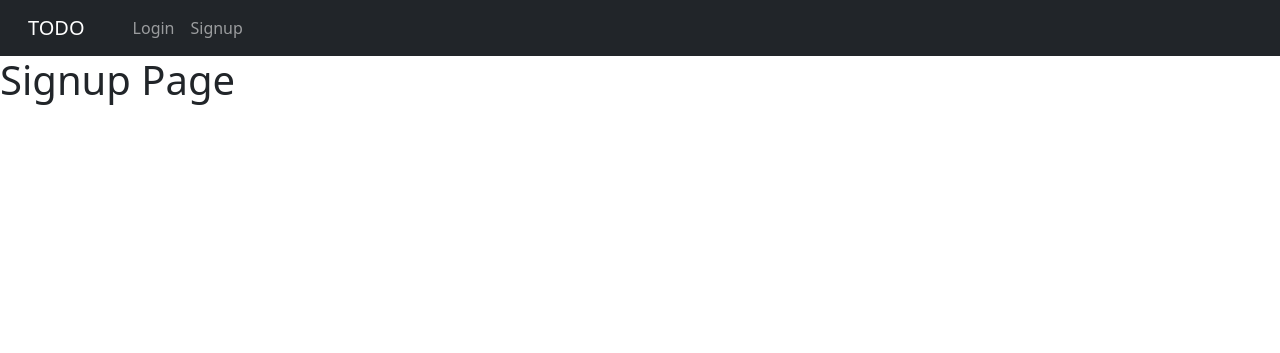
Repository: Anamikatiwari/Todo
Page: http://localhost/signup/
These files come from the project's save history. The page is drawn as it stood at one moment and after the next save; the edit follows.
The browser window is 1280 px wide. The pictures show the whole page.
The page is served by the project's application, run on Django 5.2 (manage.py). Other server files are loaded and not shown.

Above is the page before, as saved 2024-08-24 16:12:54.

### app/templates/signup.html
<!doctype html>
<!--<html lang="ar" dir="rtl">-->
<html lang="en">
  <head>

    <meta charset="utf-8">
    <meta name="viewport" content="width=device-width, initial-scale=1">

    <!-- Bootstrap CSS -->
    <link rel="stylesheet" href="https://cdn.jsdelivr.net/npm/bootstrap@5.3.3/dist/css/bootstrap.rtl.min.css" integrity="sha384-dpuaG1suU0eT09tx5plTaGMLBsfDLzUCCUXOY2j/LSvXYuG6Bqs43ALlhIqAJVRb" crossorigin="anonymous">

    <title>Signup Page</title>
  </head>
  <body>
    <!--navbar start-->
    <nav class="navbar navbar-expand-lg  navbar-dark bg-dark">
        <div class="container-fluid">
          <a class="navbar-brand" href="/">TODO</a>
          <button class="navbar-toggler" type="button" data-bs-toggle="collapse" data-bs-target="#navbarNav" aria-controls="navbarNav" aria-expanded="false" aria-label="Toggle navigation">
            <span class="navbar-toggler-icon"></span>
          </button>
          <div class="collapse navbar-collapse" id="navbarNav">
            <ul class="navbar-nav ml-auto">

              <li class="nav-item">
                <a class="nav-link" href="/login">Login</a>
              </li>

              <li class="nav-item">
                <a class="nav-link" href="/signup">Signup</a>
              </li>

            </ul>
          </div>
        </div>
      </nav>


    <h1>Signup Page</h1>

    {{ form.as_li }}


   <script src="https://cdn.jsdelivr.net/npm/bootstrap@5.3.3/dist/js/bootstrap.bundle.min.js" integrity="sha384-YvpcrYf0tY3lHB60NNkmXc5s9fDVZLESaAA55NDzOxhy9GkcIdslK1eN7N6jIeHz" crossorigin="anonymous"></script>



  </body>
</html>

### app/views.py
from django.shortcuts import render
from django.http import HttpResponse
from django.contrib.auth.forms import UserCreationForm

# Create your views here.

def home(request):
    return render(request, 'index.html')

def login(request):
    return render(request, 'login.html')

def signup(request):
    form = UserCreationForm()
    context = {
        'form': form
    }
    return render(request, 'signup.html', context=context)

### todo/urls.py
"""
URL configuration for todo project.

The `urlpatterns` list routes URLs to views. For more information please see:
    https://docs.djangoproject.com/en/5.1/topics/http/urls/
Examples:
Function views
    1. Add an import:  from my_app import views
    2. Add a URL to urlpatterns:  path('', views.home, name='home')
Class-based views
    1. Add an import:  from other_app.views import Home
    2. Add a URL to urlpatterns:  path('', Home.as_view(), name='home')
Including another URLconf
    1. Import the include() function: from django.urls import include, path
    2. Add a URL to urlpatterns:  path('blog/', include('blog.urls'))
"""
from django.contrib import admin
from django.urls import path, include

urlpatterns = [
    path('admin/', admin.site.urls),
    path('', include('app.urls'))
]

### app/urls.py
from django.contrib import admin
from django.urls import path, include
from app.views import home, login, signup


urlpatterns = [
    path('', home),
    path('login/', login),
    path('signup/', signup)
]

After the next save:
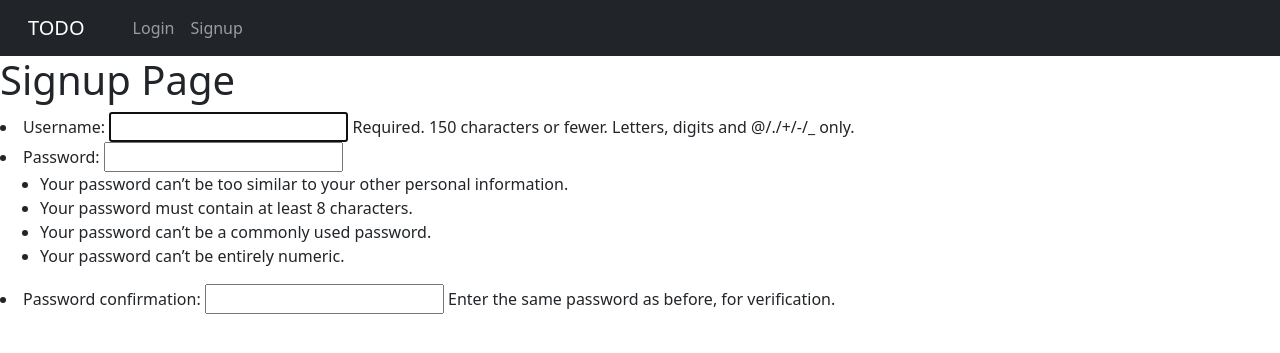
Saved 8 s later.
--- a/app/templates/signup.html
+++ b/app/templates/signup.html
@@ -38,7 +38,7 @@
 
     <h1>Signup Page</h1>
 
-    {{ form.as_li }}
+    {{ form.as_ul }}
 
 
    <script src="https://cdn.jsdelivr.net/npm/bootstrap@5.3.3/dist/js/bootstrap.bundle.min.js" integrity="sha384-YvpcrYf0tY3lHB60NNkmXc5s9fDVZLESaAA55NDzOxhy9GkcIdslK1eN7N6jIeHz" crossorigin="anonymous"></script>
